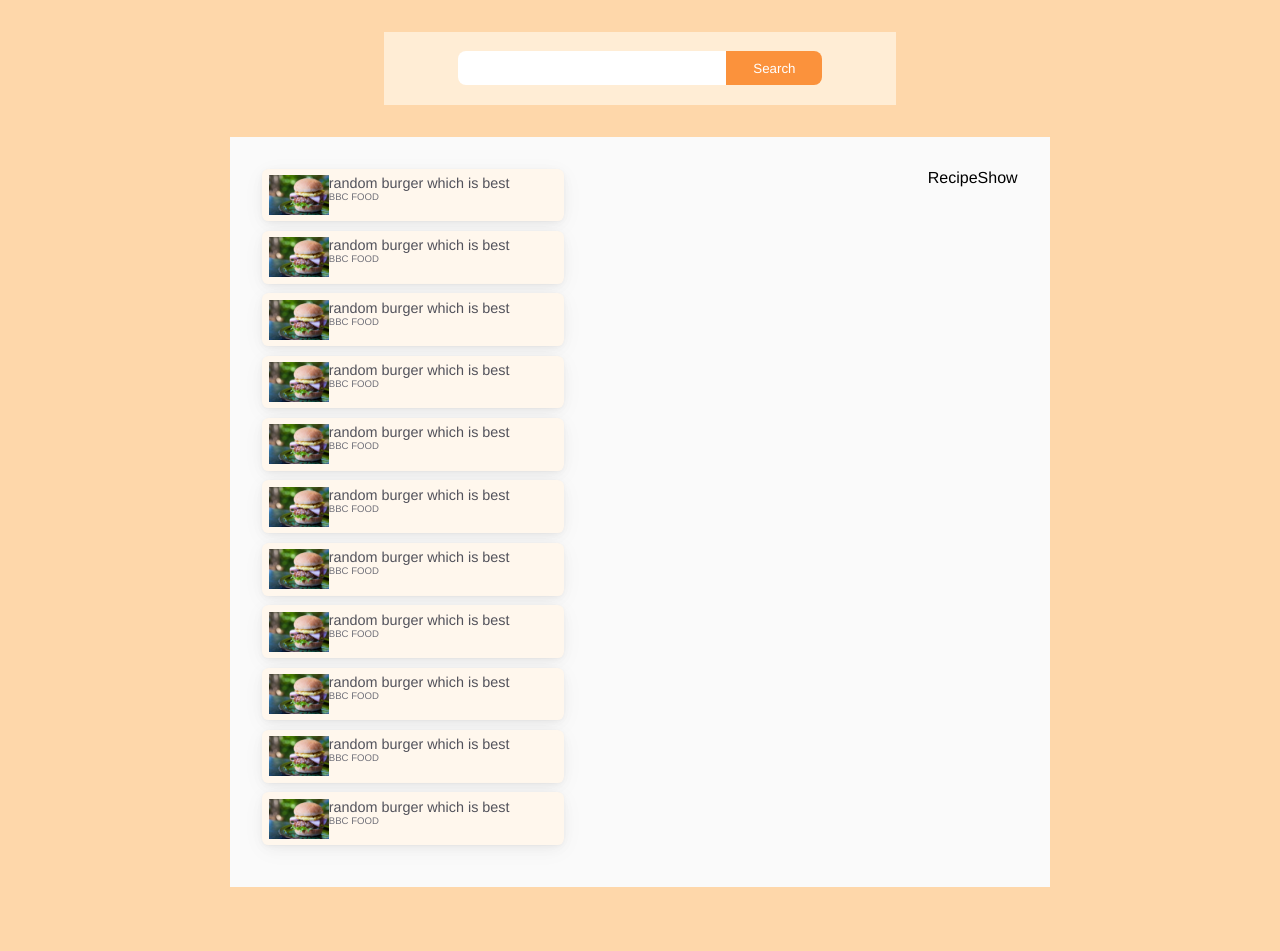
Repository: sandipkarmokar/recipeApp
Page: /
The author's editor kept a copy of each file at every save. The page is drawn from the files as they stood at one save, then again after the next save.
The browser window is 1280 px wide. The pictures show the whole page.
The project was rebuilt for these pictures with package versions that can differ from the ones it lists, and the page was loaded fresh each time.

Above is the page before, as saved 2022-04-16 12:19:43.

After the next save:
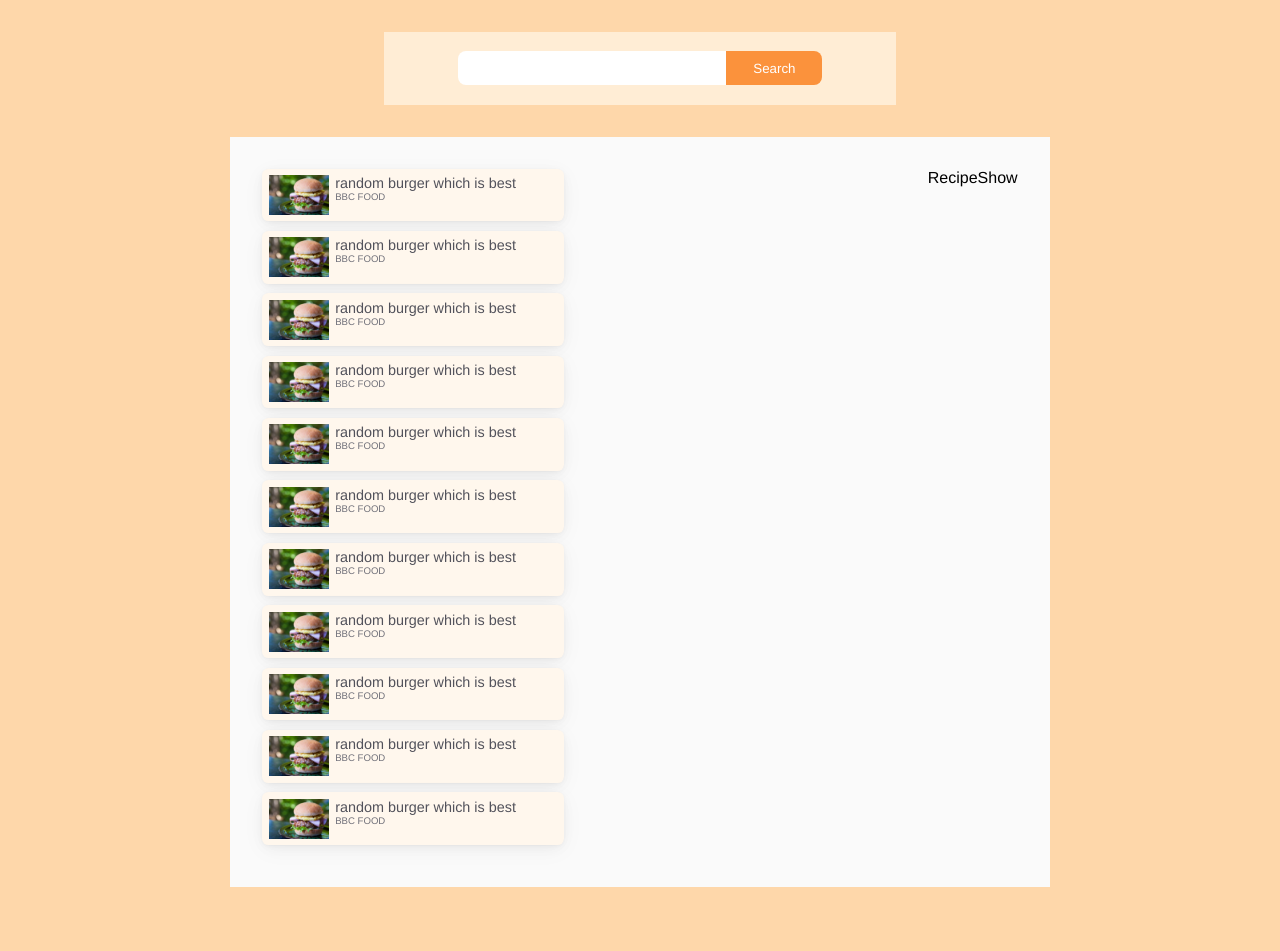
Saved 15 s later.
--- a/src/App.css
+++ b/src/App.css
@@ -100,6 +100,7 @@
     .info {
     display: flex;
     flex-direction: column;
+    margin-left: 0.4rem;
 }
 .app
     .app-container
